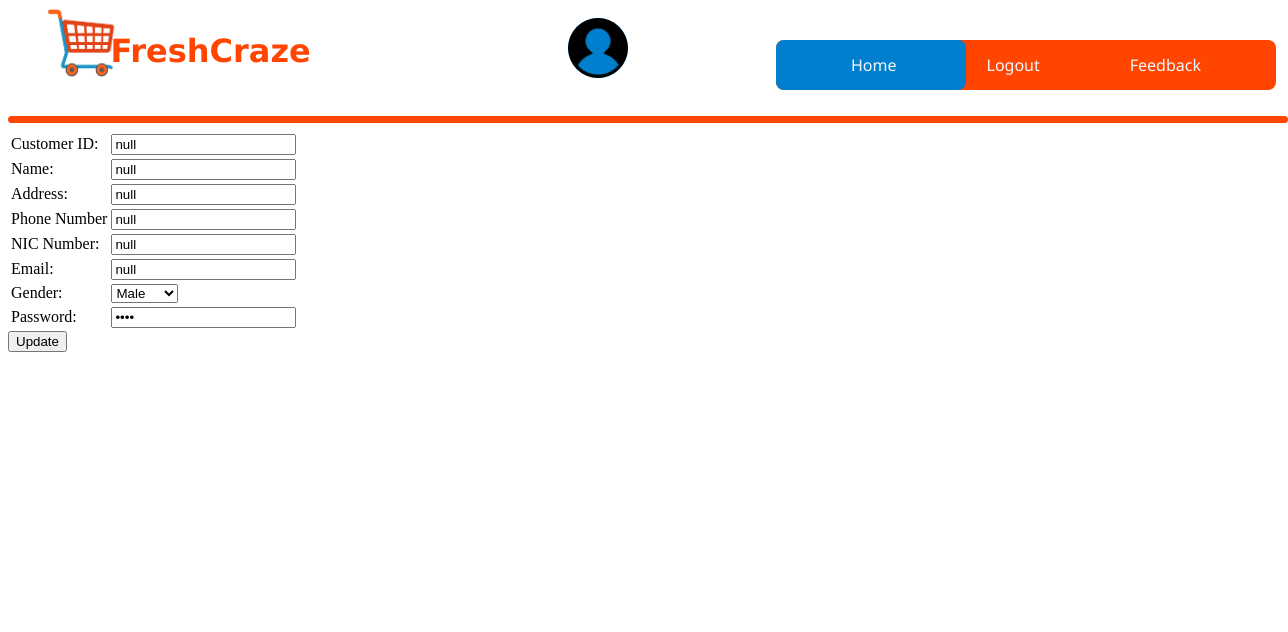
Repository: chamarac2002/FreshCraze
Page: http://localhost/CustomerDemo/updatecustomer.jsp
These files come from the project's save history. The page is drawn as it stood at one moment and after the next save; the edit follows.
The browser window is 1280 px wide. The page is 1288 px wide, so the pictures cover 1288 px, including what lies to the right of the window. The pictures show the whole page.
The page is served by Tomcat 9. Nobody is signed in. The application's start-up code is not run. Other server files are loaded and not shown.

Above is the page before, as saved 2024-05-11 07:22:02.

### CustomerDemo/src/main/webapp/updatecustomer.jsp
<%@ page language="java" contentType="text/html; charset=ISO-8859-1"
    pageEncoding="ISO-8859-1"%>
<!DOCTYPE html>

<html lang="en">
<head>
    <meta charset="UTF-8">
    <meta name="viewport" content="width=device-width, initial-scale=1.0">
    <title>Home Page</title>

    <link rel="stylesheet" href="Styles/updateStyle.css">
</head>

<body>

<img src="images\logo.png" class="logo" >

<a href="profile.jsp">
<img src="images\user.png" class="user">
</a>

    <h1 class="logo_topic">FreshCraze</h1>

    <nav class="navbar">
        <a href="HomePageAL.jsp">Home</a>
        <a href="HomePage.jsp">Logout</a>
        <a href="link">Feedback</a>
        <span></span>
    </nav>

<hr class="topic_line">











	<%
		String id = request.getParameter("id");
		String name = request.getParameter("name");
		String address = request.getParameter("address");
		String phone = request.getParameter("phone");
		String nic = request.getParameter("nic");
		String email = request.getParameter("email");
		String gender = request.getParameter("gender");
		String password = request.getParameter("pass");
	%>

<form action="update" method="post">
	<table class = "table">

   		<tbody>
        <tr>
			<td>Customer ID:</td>
			<td><input type="text" name="id" value="<%= id %>" readonly></td>
		</tr>
		<tr class="active-row">
			<td>Name:</td>
			<td><input type="text" name="name" value="<%= name %>"></td>
		</tr>
		<tr>
			<td>Address:</td>
			<td><input type="text" name="address" value="<%= address %>"></td>
		</tr>
		<tr class="active-row">
			<td>Phone Number</td>
			<td><input type="tel" name="phone" value="<%= phone %>"></td>
		</tr>
		<tr>
			<td>NIC Number:</td>
			<td><input type="text" name="nic" value="<%= nic %>"></td>
		</tr>
		<tr class="active-row">
			<td>Email:</td>
			<td><input type="email" name="email" value="<%= email %>"></td>
		</tr>
		<tr>
			<td>Gender:</td>
			<td><select name = "gender" >
					<option value = "Male">Male</option>
					<option value = "Female">Female</option>
					<option value = "Other">Other</option>
				</select></td>
		</tr>
		<tr class="active-row">
			<td>Password:</td>
			<td><input type="password" name="pass" value="<%= password %>"></td>
		</tr>
    </tbody>
	</table>
	<input type="submit" name="submit" value="Update">
</form>



</body>
</html>

### CustomerDemo/src/main/webapp/Styles/updateStyle.css
body{
    background-color: #ffffff;
    background-repeat: no-repeat;
    background-attachment: fixed;
    background-position: center;
    width: 100%;
}

.logo{
    width: 70px;
    height: 70px;
    margin-left: 3%;
}

.user{
    width: 60px;
    height: 60px;
    margin-left: 35%;
    background-color: rgb(0, 127, 206);
    border-radius: 30px;
}

.logo_topic{
    font-family: verdana;
    margin-left: 8%;
    margin-top: -3.9%;
    color: orangered;
}

.navbar{
    margin-left:60%;
    margin-top:-4%;
    padding: 0;
    box-sizing: border-box;
    font-family: 'Segoe UI';
    display: flex;
    justify-content:center;
    align-items: center;
    min-height: 5vh;

    position:relative;
    background-color: orangered;
    border-radius: 8px;
    width: 500px;
    height: 50px;
    display: flex;
}

nav a{
    position: relative;
    display: inline-block;
    font-size: 1em;
    font-weight: 500;
    color: aliceblue;
    text-decoration: none;
    padding: 45px;
    z-index: 1;
}

nav span{
    position: absolute;
    top: 0;
    left: 0;
    width: 190px;
    height: 100%;
    background-color:rgb(0, 127, 206);
    border-radius: 8px;
    transition: .3s;
}

nav a:nth-child(1):hover~span{
    left: 0;
    width: 180px;
}

nav a:nth-child(2):hover~span{
    left: 180px;
    width: 130px;
}

nav a:nth-child(3):hover~span{
    left:320px;
    width: 180px;
}

.topic_line{
    border: none;
    margin-top: 2%;
    border-top: 7px solid orangered;
    border-radius: 10px;
}

.help_button{
    box-shadow:0 0 15px rgb(0, 127, 206),0 0 25px rgb(0, 127, 206);
    border: none;
    width: 160px;
    margin-left: 44%;
    font-family: 'Segoe UI';
    padding: 10px 12px;
    color: #ffffff;
    background-color:rgb(0, 127, 206);
    border-radius: 20px;
}

.help_button:hover{
    box-shadow: 0 0 25px rgb(0, 127, 206);
}

.fb_icon{
    margin-left: 560px;
    margin-top: 20px;
}

.insta_icon{
    margin-left: 660px;
    margin-top: -51px;
}

.yt_icon{
    margin-left: 760px;
    margin-top: -51px;
}

.twitt_icon{
    margin-left: 860px;
    margin-top: -51px;
}

.footer{
    height: 200px;
    background-color: orangered;
    padding-top: 40px;
    padding-left: 25px;
    border-radius: 10px;
}

.footer_line{
    border: none;
    margin-top: 3%;
    border-top: 7px solid orangered;
    border-radius: 10px;
}

.contacts{
    font-size: 8px;
    color:rgb(255, 255, 255);
    font-family: 'Segoe UI';
    margin-left: 40%;
    margin-top: -5%;
}

.link{
    font-size: 20px ;
    margin-top: -6%;
    margin-left: 7.5%;
}

After the next save:
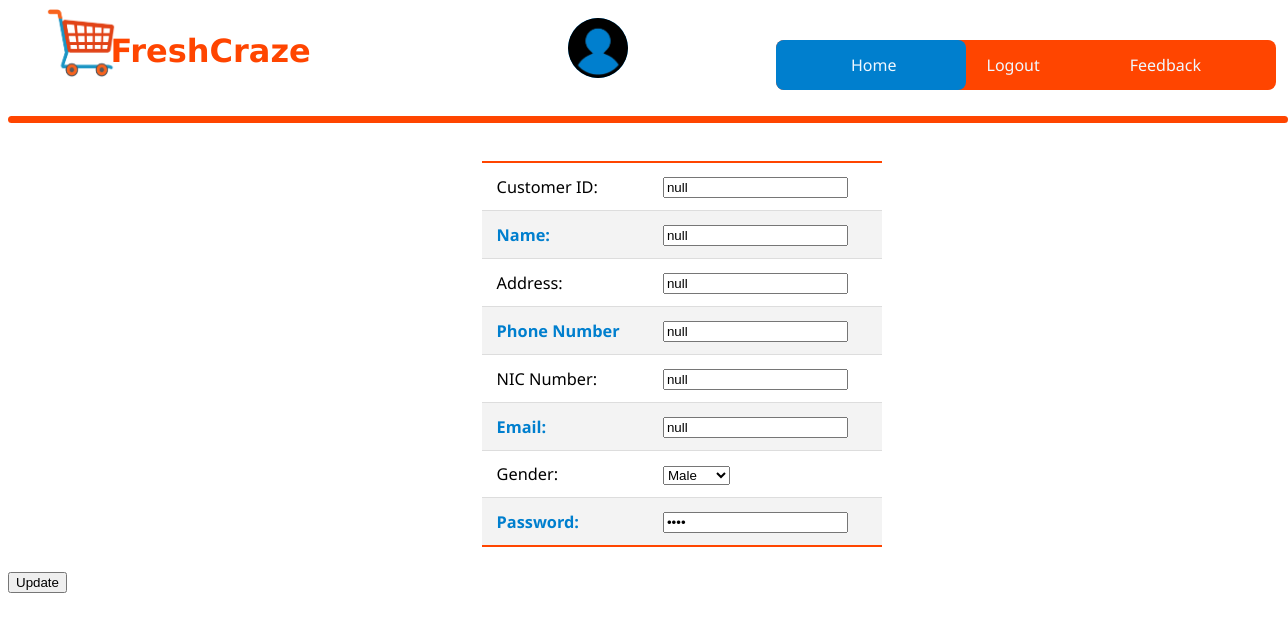
Saved 43 s later.
--- a/CustomerDemo/src/main/webapp/Styles/updateStyle.css
+++ b/CustomerDemo/src/main/webapp/Styles/updateStyle.css
@@ -154,3 +154,79 @@
     margin-top: -6%;
     margin-left: 7.5%;
 }
+
+.details{
+    font-family: verdana;
+    margin-left: 8%;
+    margin-top: -3.9%;
+    color: orangered;
+}
+
+.table {
+    border-collapse: collapse;
+    margin: 25px 0;
+    font-size: 1.02em;
+    font-family: 'Segoe UI';
+    min-width: 400px;
+    margin-left: 37%;
+    margin-top: 3%;
+}
+
+.head {
+	margin-top: 4%;
+    text-align: center;
+ 	margin-bottom: 50px;
+ 	font-family: 'Segoe UI';
+ 	font-size: 1.8em;
+}
+
+.table th,
+.table td {
+    padding: 12px 15px;
+}
+
+.table tbody tr {
+    border-bottom: 1px solid #dddddd;
+}
+
+.table tbody tr:nth-of-type(even) {
+    background-color: #f3f3f3;
+}
+
+.table tbody tr:last-of-type {
+    border-bottom: 2px solid orangered;
+}
+
+.table tbody tr:first-of-type {
+    border-top: 2px solid orangered;
+}
+
+.table tbody tr.active-row {
+    font-weight: bold;
+    color: rgb(0, 127, 206);
+}
+
+.sub1 {
+  	margin-left: 42%;
+    margin-top: 0.5%;
+    text-align: center;
+    color : #ffffff;
+  	width: 15%;
+	padding: 10px;
+ 	background-color: rgb(0, 127, 206);
+ 	border: none;
+ 	border-radius: 5px;
+ 	cursor: pointer;
+}
+
+.sub2 {
+  	margin-left: 42%;
+    text-align: center;
+    color : #ffffff;
+  	width: 15%;
+	padding: 10px;
+ 	background-color: orangered;
+ 	border: none;
+ 	border-radius: 5px;
+ 	cursor: pointer;
+}
